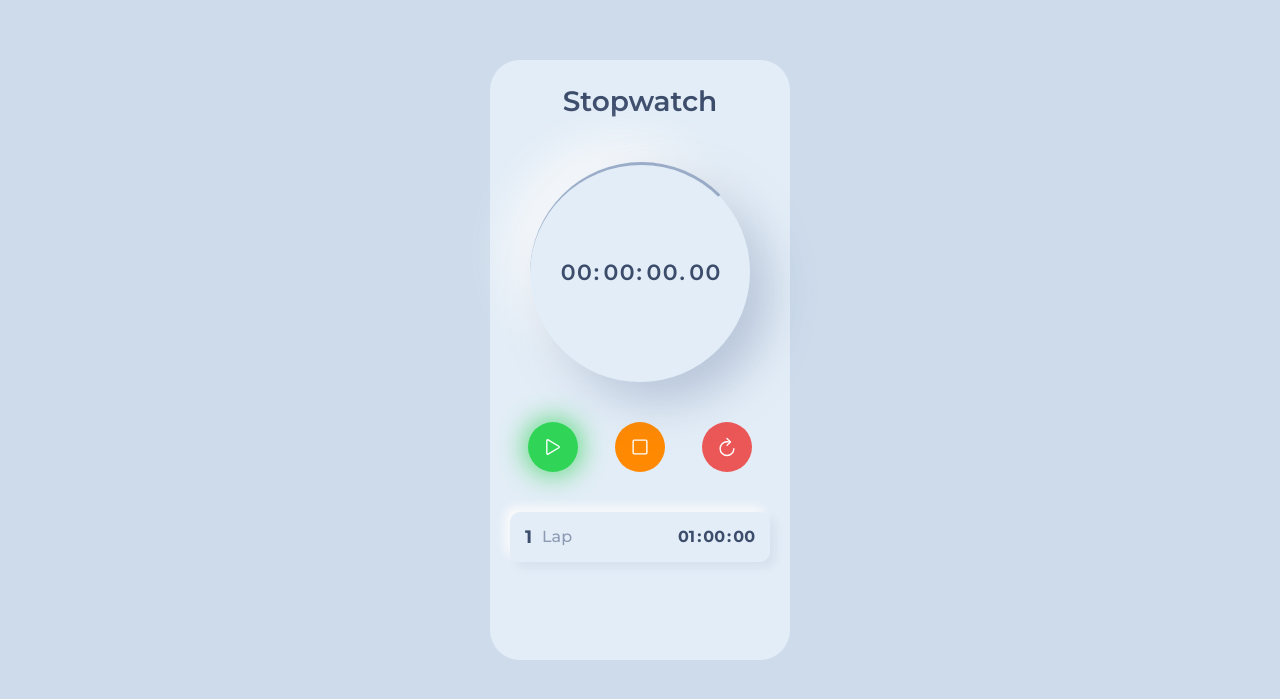
Repository: dinhtri123/stopwatch
Page: index.html
The author's editor kept a copy of each file at every save. The page is drawn from the files as they stood at one save, then again after the next save.
The browser window is 1280 px wide. The pictures show the whole page.

Above is the page before, as saved 2023-01-05 09:50:44.

After the next save:
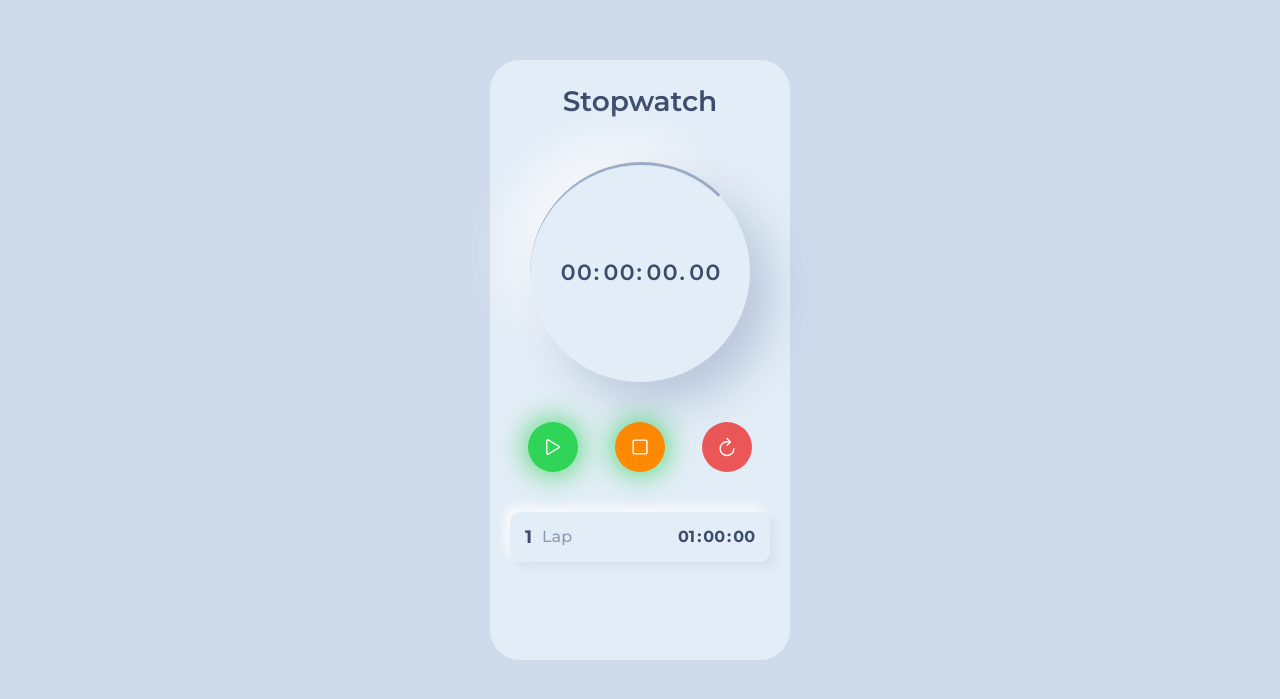
Saved 12 s later.
--- a/style.css
+++ b/style.css
@@ -100,7 +100,7 @@ button {
 }
 .btn-stop {
   background: #ff8900;
-
+  box-shadow: 0px 0px 30px #30d456fd;
   user-select: none;
   cursor: not-allowed;
 }
